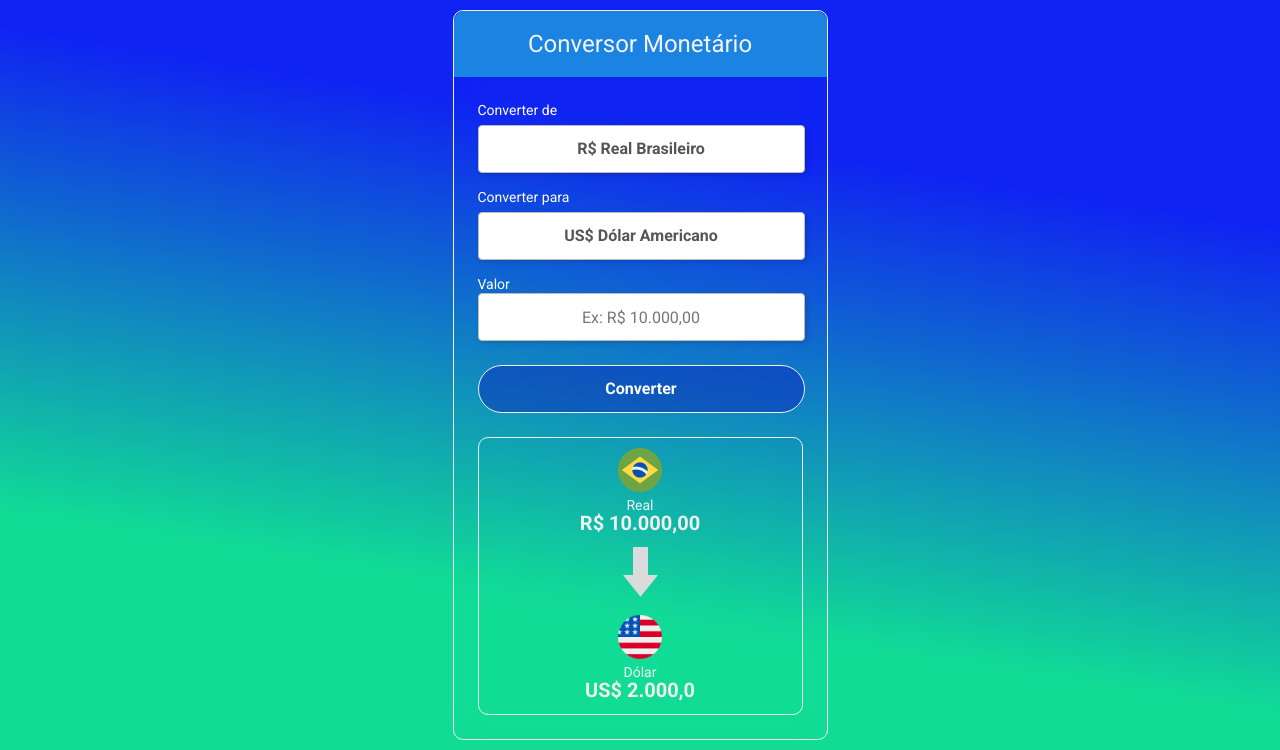
Repository: isayrous/coin-converter
Page: index.html
The author's editor kept a copy of each file at every save. The page is drawn from the files as they stood at one save, then again after the next save.
The browser window is 1280 px wide. The pictures show the whole page.

Above is the page before, as saved 2022-11-03 00:05:19.

### index.html
<!DOCTYPE html>
<html lang="pt-br">
<head>
    <meta charset="UTF-8">
    <meta http-equiv="X-UA-Compatible" content="IE=edge">
    <meta name="viewport" content="width=device-width, initial-scale=1.0">
    <link rel='stylesheet' href="./style.css">
    <link rel="preconnect" href="https://fonts.googleapis.com">
    <link rel="preconnect" href="https://fonts.gstatic.com" crossorigin>
    <link href="https://fonts.googleapis.com/css2?family=Roboto:wght@400;700&display=swap" rel="stylesheet">
    <title>Conversor Monetário</title>
</head>
<body>
    <div class="container">

        <header>
            <h1>Conversor Monetário</h1>
        </header>

        <main>
            <label>
                Converter <strong>de</strong>
                <select id="first-select">
                    <option>R$ Real Brasileiro</option>
                    <option>US$ Dólar Americano</option>
                    <option>Bitcoin</option>
                    <option>€ Euro</option>
                </select>
            </label>

            <label>
                Converter <strong>para</strong>
                <select id="seccond-select">
                    <option>US$ Dólar Americano</option>
                    <option>Bitcoin</option>
                    <option>€ Euro</option>
                    <option>R$ Real Brasileiro</option>
                </select>
            </label>

            <label>
                <b>Valor</b>
                <input id='values' type="number" placeholder="Ex: R$ 10.000,00">
            </label>

            <button id="button-converter" >Converter</button>

            <section>
                <div>
                    <img id="currency-img1" src="./assets/BRL.png">
                    <p id="first-currency">Real</p>
                    <p id="return-input1" class="value">R$ 10.000,00</p>
                </div>

                <img src="./assets/Vector.png"><br>

                <div>
                    <img id="currency-img2" src="./assets/USA.png">
                    <p id ="seccond-currency">Dólar</p>
                    <p id="return-input2" class="value">US$ 2.000,0</p>
                </div>

            </section>

        </main>

    </div>

</body>
<script src='./scripts.js'></script>
</html>

### style.css
* {
    padding: 0;
    margin: 0;
    box-sizing: border-box;
    font-family: 'Roboto', sans-serif;
    font-style: normal;
    font-weight: normal;
    line-height: 18px;
}

body{
    background: linear-gradient(189deg, rgba(15,35,242,1) 24%, rgba(17,220,150,1) 75%);
    width: 100%;
    height: 100%;
    display: flex;
    justify-content: center;
    padding: 10px;
}

.container {
    height: 100%;
    width: 375px;
    background: transparent;
    border: 1px solid #f0f0f0;
    backdrop-filter: blur(15px);
    border-radius: 10px;
}

header {
    background-color: #1b83e2;
    border-radius: 10px 10px 0 0;
    height: 66px;
    display: flex;
    justify-content: center;
    align-items: center;
}

h1 {
    font-size: 24px;
    color:#F4F4F4;
}

main {
    padding: 24px;
}

label{
    font-weight: 400;
    font-size: 14px;
    color: #fff;
    width: 375px;
}

select{
    width: 327px;
    height: 48px;
    background: #FFFFFF;
    border: 1px solid #BBBBBB;
    border-radius: 4px;
    font-weight: 700;
    font-size: 16px;
    color: #555555;
    text-align: center;
    display: block;
    cursor: pointer;
    outline: none;
    appearance: none;
    box-shadow: 2px 2px 5px 0px #00000026;
    margin-bottom: 15px;
    margin-top: 6px;
}

input{
    width: 327px;
    height: 48px;
    background: #FFFFFF;
    border: 1px solid #BBBBBB;
    border-radius: 4px;
    font-weight: 700;
    font-size: 16px;
    color: #555555;
    text-align: center;
    box-shadow: 2px 2px 5px 0px #00000026;
    outline: none;

}

input::-webkit-outer-spin-button,input::-webkit-inner-spin-button {
  -webkit-appearance: none;
  margin: 0;
}

button {
    background: rgba(14, 17, 185, 0.4);
    border: 1px solid #f0f0f0;
    border-radius: 25px;
    height: 48px;
    width: 327px;
    font-weight: 700;
    font-size: 1rem;
    color: #fff;
    margin: 24px 0px 24px;
    cursor: pointer;
}

button:hover {
    opacity: 0.8;
}

button:active {
    opacity: 0.7;
}

section{
    border: 1px solid #f0f0f0;
    border-radius: 10px;
    padding-top: 10px;
    display: flex;
    flex-direction: column;
    align-items: center;
    text-align: center;
}

p {
    font-weight: 400;
    font-size: 14px;
    color: #f0f0f0;
}

.value {
    color: #f0f0f0;
    font-weight: 700;
    font-size: 20px;
    margin-bottom: 15px;
}

input::placeholder{color: #777777;
    font-weight: 100;}


@media screen and (max-width: 900px){
    .container {
        height: 100%;
        width: 100%;
    }

    header {
        height: 50px;
    }

    h1 {
        font-size: 20px;
    }

    main {
        padding: 4%;
    }

    label{
        font-size: 0.8rem;
    }

    select{
        font-size: 1rem;
        color: #555555;
        margin-bottom: 10px;
    }

    input{
        font-size: 1rem;
    }

    button {
        font-size: 1rem;
    }

    p {
        font-weight: 700;
        font-size: 0.8rem;
        color: #777777;
    }

    .value {
        font-size: 1rem;
    }
}

### scripts.js
const convert = document.getElementById("button-converter")
const select2 = document.getElementById("seccond-select")
const select1 = document.getElementById("first-select")
/* REAL, DOLAR, BITCOIN , EURO */
const real = [5.16, 5.08]
const dolar = [0.19 , 0.98]
const euro = [0.20 , 1.02]
const bitcoin = [98137.74 , 19010.10 , 19269.79]


const convertvalue = () => {
    const input = document.getElementById("values").value
    const returninput1 = document.getElementById("return-input1")
    const returninput2 = document.getElementById("return-input2")
    /* RETURNS DO INPUT 1 */

    if (select1.value === 'R$ Real Brasileiro') {
        returninput1.innerHTML = new Intl.NumberFormat('pt-BR', {
            style: 'currency', currency: 'BRL'
        }).format(input)

        if (select2.value === 'US$ Dólar Americano') {
            returninput2.innerHTML = new Intl.NumberFormat('en-US', {
                style: 'currency', currency: 'USD'
            }).format(input * dolar[0])
        }
        else if (select2.value === '€ Euro') {
            returninput2.innerHTML = new Intl.NumberFormat('de-DE', {
                style: 'currency', currency: 'EUR'
            }).format(input * euro[0])
        }
        else if (select2.value === 'Bitcoin'){
            returninput2.innerHTML = (input / bitcoin[0]).toFixed(2)
        }
        else if (select2.value === 'R$ Real Brasileiro') {
            returninput2.innerHTML = new Intl.NumberFormat('pt-BR', {
                style: 'currency', currency: 'BRL'
            }).format(input)
        }
    }


    else if (select1.value === 'US$ Dólar Americano') {
        returninput1.innerHTML = new Intl.NumberFormat('en-US', {
            style: 'currency', currency: 'USD'
        }).format(input)

        if (select2.value === 'US$ Dólar Americano') {
            returninput2.innerHTML = new Intl.NumberFormat('en-US', {
                style: 'currency', currency: 'USD'
            }).format(input)
        }
        else if (select2.value === '€ Euro') {
            returninput2.innerHTML = new Intl.NumberFormat('de-DE', {
                style: 'currency', currency: 'EUR'
            }).format(input * euro[1])
        }
        else if (select2.value === 'Bitcoin'){
            returninput2.innerHTML = (input / bitcoin[1]).toFixed(2)
        }
        else if (select2.value === 'R$ Real Brasileiro') {
            returninput2.innerHTML = new Intl.NumberFormat('pt-BR', {
                style: 'currency', currency: 'BRL'
            }).format(input * real[0])
        }

    }

    else if (select1.value === '€ Euro') {
        returninput1.innerHTML = new Intl.NumberFormat('de-DE', {
            style: 'currency', currency: 'EUR'
        }).format(input)

        if (select2.value === 'US$ Dólar Americano') {
            returninput2.innerHTML = new Intl.NumberFormat('en-US', {
                style: 'currency', currency: 'USD'
            }).format(input * dolar[1])
        }
        else if (select2.value === '€ Euro') {
            returninput2.innerHTML = new Intl.NumberFormat('de-DE', {
                style: 'currency', currency: 'EUR'
            }).format(input)
        }
        else if (select2.value === 'Bitcoin'){
            returninput2.innerHTML = (input / bitcoin[1]).toFixed(2)
        }
        else if (select2.value === 'R$ Real Brasileiro') {
            returninput2.innerHTML = new Intl.NumberFormat('pt-BR', {
                style: 'currency', currency: 'BRL'
            }).format(input * real[1])
        }
    }

    else if (select1.value === 'Bitcoin') {
        returninput1.innerHTML = (input)

        if (select2.value === 'US$ Dólar Americano') {
            returninput2.innerHTML = new Intl.NumberFormat('en-US', {
                style: 'currency', currency: 'USD'
            }).format(input * bitcoin[1])
        }
        else if (select2.value === '€ Euro') {
            returninput2.innerHTML = new Intl.NumberFormat('de-DE', {
                style: 'currency', currency: 'EUR'
            }).format(input * bitcoin[2])
        }
        else if (select2.value === 'Bitcoin'){
            returninput2.innerHTML = (input)
        }
        else if (select2.value === 'R$ Real Brasileiro') {
            returninput2.innerHTML = new Intl.NumberFormat('pt-BR', {
                style: 'currency', currency: 'BRL'
            }).format(input * bitcoin[0])
        }


    }

}

const change2 = () => {
    const currencyName2 = document.getElementById("seccond-currency")
    const currencyImg2 = document.getElementById("currency-img2")

    if (select2.value === '€ Euro') {
        currencyName2.innerHTML = '€ Euro'
        currencyImg2.src = "./assets/EURO.png"
    } else if (select2.value === 'Bitcoin') {
        currencyName2.innerHTML = 'Bitcoin'
        currencyImg2.src = "./assets/BITCOIN.png"
    } else if (select2.value === 'US$ Dólar Americano') {
        currencyName2.innerHTML = 'Dólar'
        currencyImg2.src = "./assets/USA.png"
    } else if (select2.value === 'R$ Real Brasileiro') {
        currencyName2.innerHTML = 'Real'
        currencyImg2.src = "./assets/BRL.png"
    }

    convertvalue()
}

const change1 = () => {
    const currencyName1 = document.getElementById("first-currency")
    const currencyImg1 = document.getElementById("currency-img1")

    if (select1.value === '€ Euro') {
        currencyName1.innerHTML = '€ Euro'
        currencyImg1.src = "./assets/EURO.png"
    } else if (select1.value === 'Bitcoin') {
        currencyName1.innerHTML = 'Bitcoin'
        currencyImg1.src = "./assets/BITCOIN.png"
    } else if (select1.value === 'US$ Dólar Americano') {
        currencyName1.innerHTML = 'Dólar'
        currencyImg1.src = "./assets/USA.png"
    } else if (select1.value === 'R$ Real Brasileiro') {
        currencyName1.innerHTML = 'Real'
        currencyImg1.src = "./assets/BRL.png"
    }
    convertvalue()

}

convert.addEventListener('click', convertvalue)
select1.addEventListener('change', change1)
select2.addEventListener('change', change2)

After the next save:
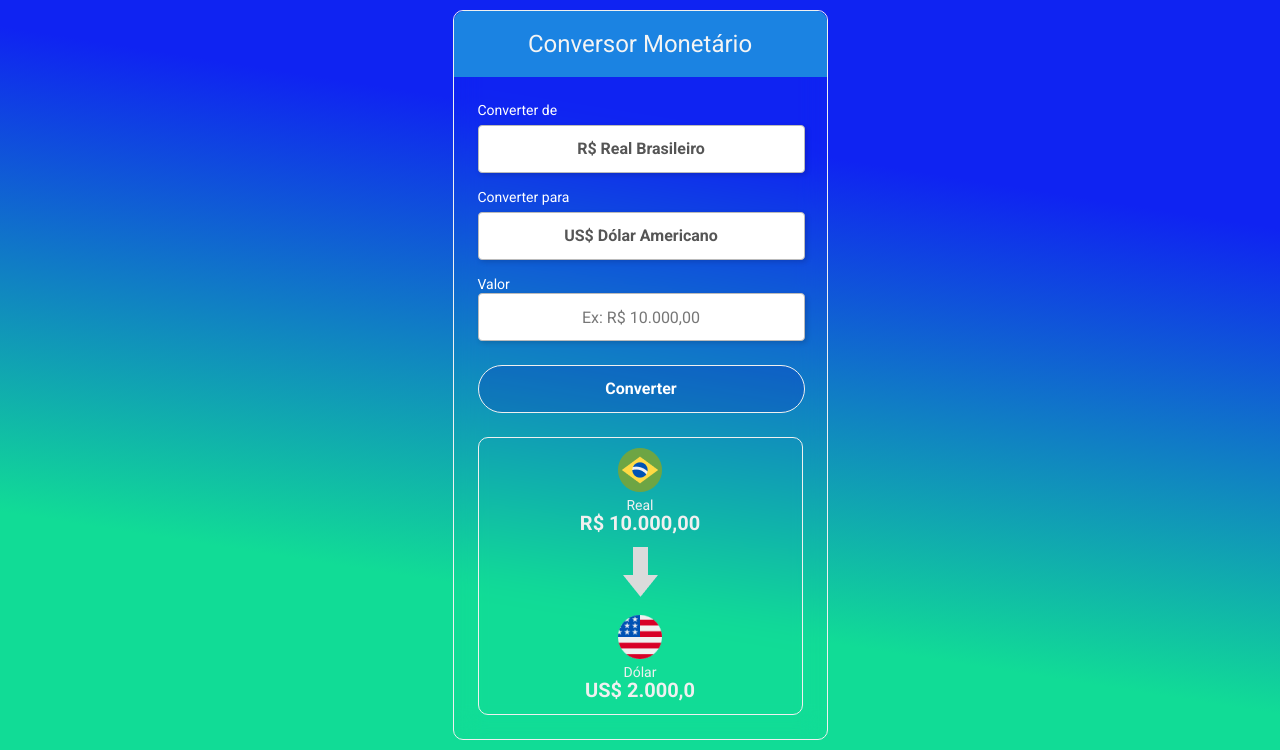
Saved 4 s later.
--- a/style.css
+++ b/style.css
@@ -91,7 +91,7 @@ input::-webkit-outer-spin-button,input::-webkit-inner-spin-button {
 }
 
 button {
-    background: rgba(14, 17, 185, 0.4);
+    background: rgba(14, 17, 185, 0.2);
     border: 1px solid #f0f0f0;
     border-radius: 25px;
     height: 48px;
